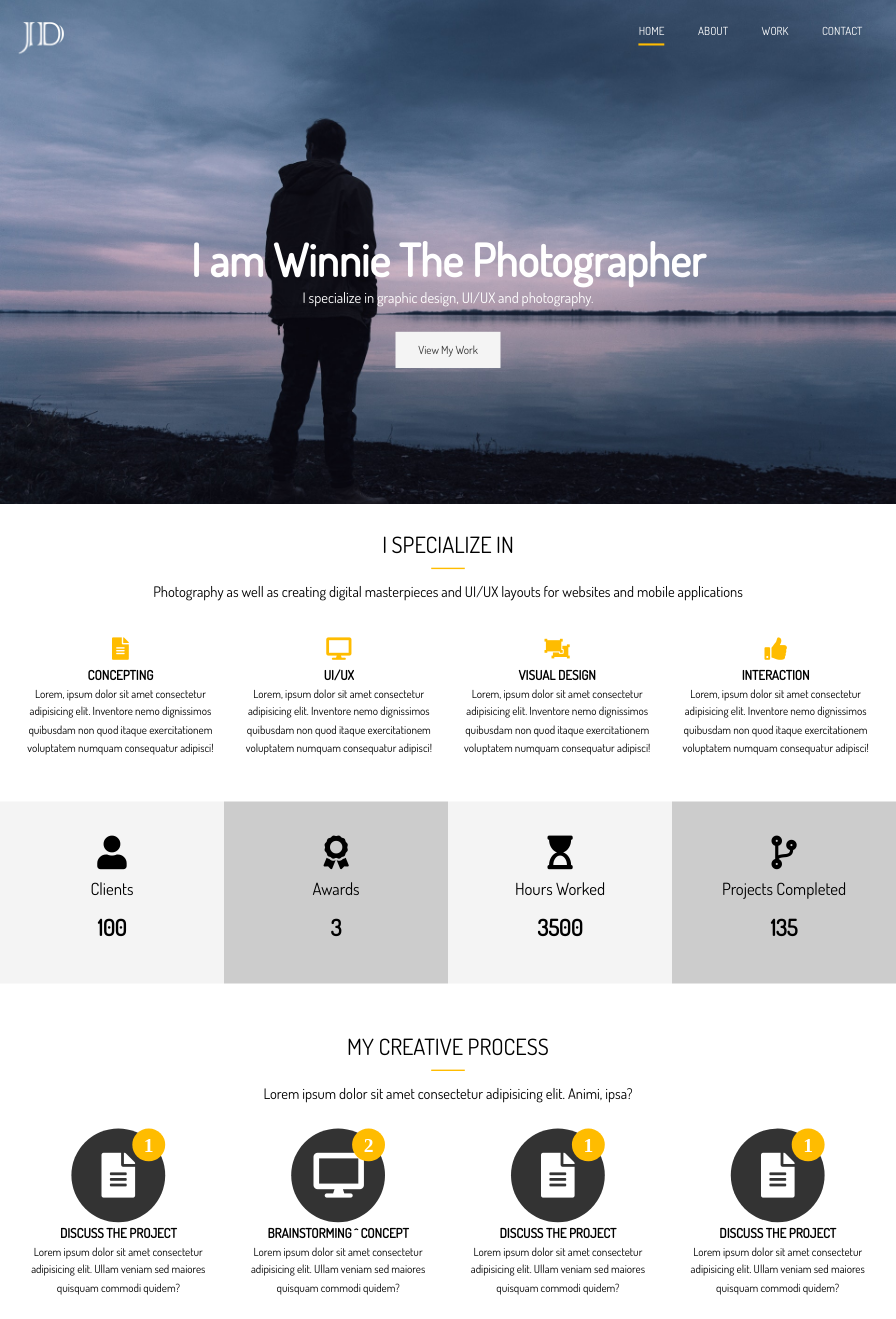
Repository: minhtien9/Portfolio_Website
Page: diet/index.html
These files come from the project's save history. The page is drawn as it stood at one moment and after the next save; the edit follows.
The browser window is 1280 px wide. The pictures show the whole page, at 70% of full size.

Above is the page before, as saved 2021-08-28 22:35:51.

### diet/index.html
<!DOCTYPE html>
<html lang="en">
  <head>
    <meta charset="UTF-8" />
    <meta http-equiv="X-UA-Compatible" content="IE=edge" />
    <meta name="viewport" content="width=device-width, initial-scale=1.0" />
    <link
      rel="stylesheet"
      href="https://cdnjs.cloudflare.com/ajax/libs/font-awesome/5.15.4/css/all.min.css"
      integrity="sha512-1ycn6IcaQQ40/MKBW2W4Rhis/DbILU74C1vSrLJxCq57o941Ym01SwNsOMqvEBFlcgUa6xLiPY/NS5R+E6ztJQ=="
      crossorigin="anonymous"
      referrerpolicy="no-referrer"
    />
    <link
      href="https://fonts.googleapis.com/css2?family=Dosis&display=swap"
      rel="stylesheet"
    />
    <link rel="stylesheet" href="css/style.css" />
    <title>John Doe || UI/UX Designer & Photographer</title>
  </head>
  <body>
    <!-- Header -->
    <header id="header-home">
      <div class="container">
        <nav id="main-nav">
          <img src="img/logo.png" alt="My Portfolio" id="logo" />
          <ul>
            <li><a href="index.html" class="current">Home</a></li>
            <li><a href="about.html">About</a></li>
            <li><a href="work.html">Work</a></li>
            <li><a href="contact.html">Contact</a></li>
          </ul>
        </nav>
        <div class="header-content">
          <h1>
            I am Winnie The Photographer
            <span
              class="txt-type"
              data-wait="3000"
              data-works='["Photographer","Designer","IU/IX Dev"]'
            ></span>
          </h1>
          <p class="lead">
            I specialize in graphic design, UI/UX and photography.
          </p>
          <a href="work.html" class="btn-light">View My Work</a>
        </div>
      </div>
    </header>
    <!-- Section A: Specialize -->
    <section id="home-a" class="text-center py-2">
      <div class="container">
        <h2 class="section-title">I Specialize In</h2>
        <div class="bottom-line"></div>
        <p class="lead">
          Photography as well as creating digital masterpieces and UI/UX layouts
          for websites and mobile applications
        </p>
        <div class="specials">
          <div>
            <i class="fas fa-file-alt fa-2x"></i>
            <h3>Concepting</h3>
            <p>
              Lorem, ipsum dolor sit amet consectetur adipisicing elit.
              Inventore nemo dignissimos quibusdam non quod itaque
              exercitationem voluptatem numquam consequatur adipisci!
            </p>
          </div>
          <div>
            <i class="fas fa-desktop fa-2x"></i>
            <h3>UI/UX</h3>
            <p>
              Lorem, ipsum dolor sit amet consectetur adipisicing elit.
              Inventore nemo dignissimos quibusdam non quod itaque
              exercitationem voluptatem numquam consequatur adipisci!
            </p>
          </div>
          <div>
            <i class="fas fa-object-ungroup fa-2x"></i>
            <h3>Visual Design</h3>
            <p>
              Lorem, ipsum dolor sit amet consectetur adipisicing elit.
              Inventore nemo dignissimos quibusdam non quod itaque
              exercitationem voluptatem numquam consequatur adipisci!
            </p>
          </div>
          <div>
            <i class="fas fa-thumbs-up fa-2x"></i>
            <h3>Interaction</h3>
            <p>
              Lorem, ipsum dolor sit amet consectetur adipisicing elit.
              Inventore nemo dignissimos quibusdam non quod itaque
              exercitationem voluptatem numquam consequatur adipisci!
            </p>
          </div>
        </div>
      </div>
    </section>

    <!-- Section B: Stats -->
    <section id="home-b" class="text-center py-2">
      <div class="stats">
        <div>
          <ul>
            <li><i class="fas fa-user fa-3x"></i></li>
            <li class="stats-title">Clients</li>
            <li class="stats-number">100</li>
          </ul>
        </div>
        <div>
          <ul>
            <li><i class="fas fa-award fa-3x"></i></li>
            <li class="stats-title">Awards</li>
            <li class="stats-number">3</li>
          </ul>
        </div>
        <div>
          <ul>
            <li><i class="fas fa-hourglass-start fa-3x"></i></li>
            <li class="stats-title">Hours Worked</li>
            <li class="stats-number">3500</li>
          </ul>
        </div>
        <div>
          <ul>
            <li><i class="fas fa-code-branch fa-3x"></i></li>
            <li class="stats-title">Projects Completed</li>
            <li class="stats-number">135</li>
          </ul>
        </div>
      </div>
    </section>

    <!-- Section C:Process -->
    <section id="home-c" class="text-center py-2">
      <div class="container">
        <h2 class="section-title">My Creative Process</h2>
        <div class="bottom-line"></div>
        <p class="lead">
          Lorem ipsum dolor sit amet consectetur adipisicing elit. Animi, ipsa?
        </p>
        <div class="process">
          <div>
            <i class="fas fa-file-alt fa-4x process-icon my-2">
              <div class="process-step">1</div>
            </i>
            <div class="clr"></div>
            <h3>Discuss The Project</h3>
            <p>
              Lorem ipsum dolor sit amet consectetur adipisicing elit. Ullam
              veniam sed maiores quisquam commodi quidem?
            </p>
          </div>
          <div>
            <i class="fas fa-desktop fa-4x process-icon my-2">
              <div class="process-step">2</div>
            </i>
            <div class="clr"></div>
            <h3>Brainstorming ^ Concept</h3>
            <p>
              Lorem ipsum dolor sit amet consectetur adipisicing elit. Ullam
              veniam sed maiores quisquam commodi quidem?
            </p>
          </div>
          <div>
            <i class="fas fa-file-alt fa-4x process-icon my-2">
              <div class="process-step">1</div>
            </i>
            <div class="clr"></div>
            <h3>Discuss The Project</h3>
            <p>
              Lorem ipsum dolor sit amet consectetur adipisicing elit. Ullam
              veniam sed maiores quisquam commodi quidem?
            </p>
          </div>
          <div>
            <i class="fas fa-file-alt fa-4x process-icon my-2">
              <div class="process-step">1</div>
            </i>
            <div class="clr"></div>
            <h3>Discuss The Project</h3>
            <p>
              Lorem ipsum dolor sit amet consectetur adipisicing elit. Ullam
              veniam sed maiores quisquam commodi quidem?
            </p>
          </div>
        </div>
      </div>
    </section>

    <!-- <script src="js/typewriter.js"></script> -->
  </body>
</html>

### diet/css/style.css
.container {
  max-width: 1280px;
  padding: 0 1.5rem;
  margin: auto;
  overflow: hidden;
}

.btn-dark, .btn-light, .btn-main {
  display: inline-block;
  padding: 0.8rem 2rem;
  transition: all 0.5s;
  border: none;
  cursor: pointer;
}

.btn-main {
  color: #333;
  background-color: #ffbc00;
}
.btn-light {
  color: #333;
  background-color: #f4f4f4;
}
.btn-dark {
  color: #f4f4f4;
  background-color: #333;
}

button[class^=btn-]:hover,
a[class^=btn-]:hover,
input[class^=btn-]:hover {
  background-color: #ffbc00;
}

.bg-main {
  background: #ffbc00;
  color: #fff;
}
.bg-dark {
  background: #333;
  color: #fff;
}
.bg-light {
  background: #f4f4f4;
  color: #000;
}
.bg-medium {
  background: #ccc;
  color: #000;
}

.lead {
  font-size: 1.3rem;
  margin-bottom: 2rem;
}

.text-center {
  text-align: center;
}

.py-1 {
  padding: 1rem 0;
}
.py-2 {
  padding: 2rem 0;
}
.py-3 {
  padding: 3rem 0;
}
.py-4 {
  padding: 4rem 0;
}

.ny-1 {
  margin: 1rem 0;
}
.ny-2 {
  margin: 2rem 0;
}
.ny-3 {
  margin: 3rem 0;
}
.ny-4 {
  margin: 4rem 0;
}

.section-title {
  font-size: 2rem;
  display: block;
  padding-bottom: 0.5rem;
  text-align: center;
  font-weight: 100;
  text-transform: uppercase;
}

.bottom-line {
  height: 2px;
  width: 3rem;
  background: #ffbc00;
  display: block;
  margin: 0 auto 1rem auto;
}

.items {
  display: grid;
  grid-template-columns: repeat(3, 1fr);
  box-shadow: 0 5px 10px 0 rgba(0, 0, 0, 0.3);
}

.item {
  position: relative;
  background: #ffbc00;
  overflow: hidden;
}
.item:after {
  content: "";
  position: absolute;
  display: block;
  background: inherit;
  opacity: 0.9;
  top: 0;
  left: 0;
  width: 100%;
  height: 100%;
  transform: scale(2) translateX(-75%) translateY(-75%) rotate(-28deg);
  transition: transform 3s cubic-bezier(0.2, 1, 0.3, 1);
}
.item:hover:after {
  transform: scale(2) translateX(0) translateY(0) rotate(-28deg);
}
.item:hover .item-image {
  transform: scale(1.2);
}
.item:hover .item-text {
  opacity: 1;
  transform: translateY(0);
}
.item-image {
  height: auto;
  transform: translateZ(0);
  display: block;
  transition: transform 750ms cubic-bezier(0.2, 1, 0.3, 1);
}
.item-image:before {
  content: "";
  display: block;
  padding-top: 75%;
  overflow: hidden;
}
.item-image img {
  position: absolute;
  top: 0;
  left: 0;
  width: 100%;
  height: auto;
  line-height: 0;
}
.item-text {
  position: absolute;
  top: 0;
  left: 0;
  bottom: 0;
  right: 0;
  opacity: 0;
  text-align: center;
  z-index: 1;
  color: #fff;
  transform: translateY(-20%);
  transition: opacity 500ms cubic-bezier(0.2, 1, 0.3, 1), transform 500ms cubic-bezier(0.2, 1, 0.3, 1);
  transition-delay: 300ms;
}
.item-text-wrap {
  position: absolute;
  width: 100%;
  top: 50%;
  transform: translateY(-50%);
}
.item-text-title {
  font-size: 2rem;
  padding: 0 1rem;
  margin: 5px 0 0 0;
}
.item-text-category {
  text-transform: uppercase;
  font-size: 1.2rem;
  opacity: 0.7;
  margin: 0;
}

* {
  margin: 0;
  padding: 0;
}

body {
  font-family: "Dosis", sans-serif;
  line-height: 1.6;
  background: #fff;
}

a {
  text-decoration: none;
  color: #333;
}

ul {
  list-style: none;
}

h2,
h3,
h4 {
  text-transform: uppercase;
}

img {
  width: 100%;
}

#logo {
  width: 70px;
  height: 70px;
  color: #fff;
  text-transform: uppercase;
}

#main-nav {
  display: flex;
  justify-content: space-between;
  padding-top: 1rem;
}
#main-nav ul {
  display: flex;
}
#main-nav li {
  padding: 1rem 1.5rem;
}
#main-nav a {
  text-decoration: none;
  color: #fff;
  text-transform: uppercase;
  border-bottom: 3px transparent solid;
  padding-bottom: 0.5rem;
  transition: border-color 0.5s;
}
#main-nav a:hover {
  border-color: #ccc;
}
#main-nav a.current {
  border-color: #ffbc00;
}

#header-home {
  background: url("../img/showcase.jpg") no-repeat center right/cover;
  height: 100vh;
  color: #fff;
}
#header-home .header-content {
  text-align: center;
  padding-top: 20%;
}
#header-home .header-content h1 {
  font-size: 4rem;
  line-height: 1.2;
}
#header-inner {
  background: url("../img/showcase.jpg") no-repeat 20% 30%/cover;
  height: 5.5rem;
  border-bottom: 3px solid #ffbc00;
}

#home-a .specials {
  margin-top: 3rem;
  display: grid;
  grid-gap: 1rem;
  grid-template-columns: repeat(4, 1fr);
}
#home-a .specials .fas {
  color: #ffbc00;
  padding-bottom: 0.4rem;
}
#home-b .stats {
  display: grid;
  grid-template-columns: repeat(4, 1fr);
}
#home-b .stats li {
  line-height: 2;
}
#home-b .stats li.stats-title {
  font-size: 1.5rem;
}
#home-b .stats li.stats-number {
  font-size: 2rem;
  font-weight: bold;
}
#home-b .stats div {
  padding: 3rem 0;
}
#home-b .stats div:nth-child(odd) {
  background: #f4f4f4;
}
#home-b .stats div:nth-child(even) {
  background: #ccc;
}
#home-c .process {
  display: grid;
  grid-template-columns: repeat(4, 1fr);
  grid-gap: 1.5rem;
  text-align: center;
}
#home-c .process-step {
  position: absolute;
  top: 0;
  right: 0;
  font-size: 28px;
  background: #ffbc00;
  color: #fff;
  border-radius: 50%;
  height: 15px;
  width: 15px;
  line-height: 15px;
  padding: 1rem;
  transition: all 1s;
}
#home-c .process-icon {
  border-radius: 50%;
  background: #333;
  color: #fff;
  padding: 2rem;
  width: 70px;
  height: 70px;
  line-height: 70px;
  text-align: center;
  position: relative;
  transition: all 1s;
}
#home-c .process-icon:hover {
  background: #ffbc00;
  width: 90px;
  height: 90px;
  line-height: 90px;
}
#home-c .process-icon:hover .process-step {
  background: #333;
  color: #fff;
}

#about-a .about-info {
  display: grid;
  grid-template-areas: "bioimage bio bio" "aw1 aw2 aw3";
  grid-gap: 1.2rem;
}
#about-a .bio-image {
  grid-area: bioimage;
}
#about-a .bio {
  grid-area: bio;
  border-left: 3px solid #ffbc00;
  padding: 0.8rem;
}
#about-a .award-1 {
  grid-area: aw1;
}
#about-a .award-2 {
  grid-area: aw2;
}
#about-a .award-3 {
  grid-area: aw3;
}
#about-a .award-1 .fas,
#about-a .award-2 .fas,
#about-a .award-3 .fas {
  color: #ffbc00;
  margin: 1rem;
}
#about-b .progress {
  overflow: hidden;
  height: 20px;
  background: #ccc;
  border-radius: 5px;
  margin-bottom: 0.6rem;
}
#about-b .progress div {
  height: 100%;
  color: #fff;
  text-align: center;
  background: #ffbc00;
}
#about-c .about-logos {
  display: grid;
  grid-template-columns: repeat(4, 1fr);
  grid-gap: 2rem;
}
#about-c .about-logos img {
  width: 70%;
}
#about-d .testimonials {
  display: grid;
  grid-template-columns: repeat(4, 1fr);
  grid-gap: 0.5rem;
}
#about-d .testimonials ul {
  list-style: none;
  margin-top: 1rem;
  display: flex;
  align-items: center;
}
#about-d .testimonials p {
  border: 1px solid #ccc;
  border-radius: 5px;
  padding: 0.5rem;
}
#about-d .testimonials img {
  width: 50px;
  height: 50px;
  border-radius: 50%;
  margin-right: 0.5rem;
}

#contact-a .text-fields {
  display: grid;
  grid-template-areas: "name email" "subject phone" "message message";
  grid-gap: 1.2rem;
  margin-bottom: 1.2rem;
}
#contact-a .text-fields .name-input {
  grid-area: name;
}
#contact-a .text-fields .subject-input {
  grid-area: subject;
}
#contact-a .text-fields .email-input {
  grid-area: email;
}
#contact-a .text-fields .phone-input {
  grid-area: phone;
}
#contact-a .text-fields .message-input {
  grid-area: message;
  height: 100px;
}
#contact-a .text-fields .text-input {
  padding: 0.5rem 1rem;
}
#contact-a button[type=submit] {
  width: 50%;
}
#contact-b .contact-info {
  display: grid;
  grid-template-columns: repeat(3, 1fr);
  text-align: center;
}
#contact-c h1 {
  text-align: center;
  font-size: 4rem;
}

#main-footer {
  background: #333;
  color: #fff;
  height: 5rem;
}
#main-footer .footer-content {
  display: flex;
  justify-content: space-between;
  height: 5rem;
  align-items: center;
}
#main-footer .footer-content .social .fab {
  margin-right: 1rem;
  border: 2px solid #fff;
  border-radius: 50%;
  height: 20px;
  width: 20px;
  line-height: 20px;
  text-align: center;
  padding: 0.5rem;
}
#main-footer .footer-content .social .fab:hover {
  background: #ffbc00;
  cursor: pointer;
}

@media (max-width: 800px) {
  #header-home {
    height: 30rem;
  }
  #header-home .header-content {
    padding-top: 5rem;
  }
}
@media (max-width: 500px) {
  #main-nav {
    flex-direction: column;
    align-items: center;
  }
  #main-nav li {
    padding: 1rem;
  }

  #header-home {
    height: 10rem;
    border-bottom: 3px solid #ffbc00;
    background-position: 20% 30%;
  }
  #header-home .header-content {
    display: none;
  }
  #header-inner {
    height: 10rem;
  }

  #home-a .specials,
#home-b .stats,
#home-c .process,
#about-d .testimonials,
#contact-b .contact-info,
.items {
    grid-template-columns: 1fr;
  }

  #home-a .specials div {
    border-bottom: 1px #f4f4f4 solid;
    padding-bottom: 1rem;
  }
  #home-a .specials div:last-child {
    border: none;
    padding-bottom: 0;
  }
  #home-b .stats div {
    padding: 2rem 0 1rem 0;
  }

  #about-a .about-info {
    grid-template-areas: "bioimage" "bio" "aw1" "aw2" "aw3";
  }
  #about-c {
    display: none;
  }

  #contact-a .text-fields {
    grid-template-areas: "name" "subject" "email" "phone" "message";
  }
  #contact-b div {
    margin-bottom: 1rem;
    padding-bottom: 1rem;
    border-bottom: 1px solid #555;
  }
  #contact-b div:last-child {
    border: none;
    margin-bottom: 0;
    padding-bottom: 0;
  }
  #contact-c h1 {
    font-size: 2rem;
  }

  #main-footer {
    height: 7rem;
  }
  #main-footer .footer-content {
    flex-direction: column;
    padding: 1rem;
    height: 5rem;
  }
}
@media (max-height: 580px) {
  #header-home .header-content {
    padding-top: 3rem;
  }
}
@media (max-height: 330px) {
  #header-home .header-content h1 {
    font-size: 2rem;
  }
}

/*# sourceMappingURL=style.css.map */

After the next save:
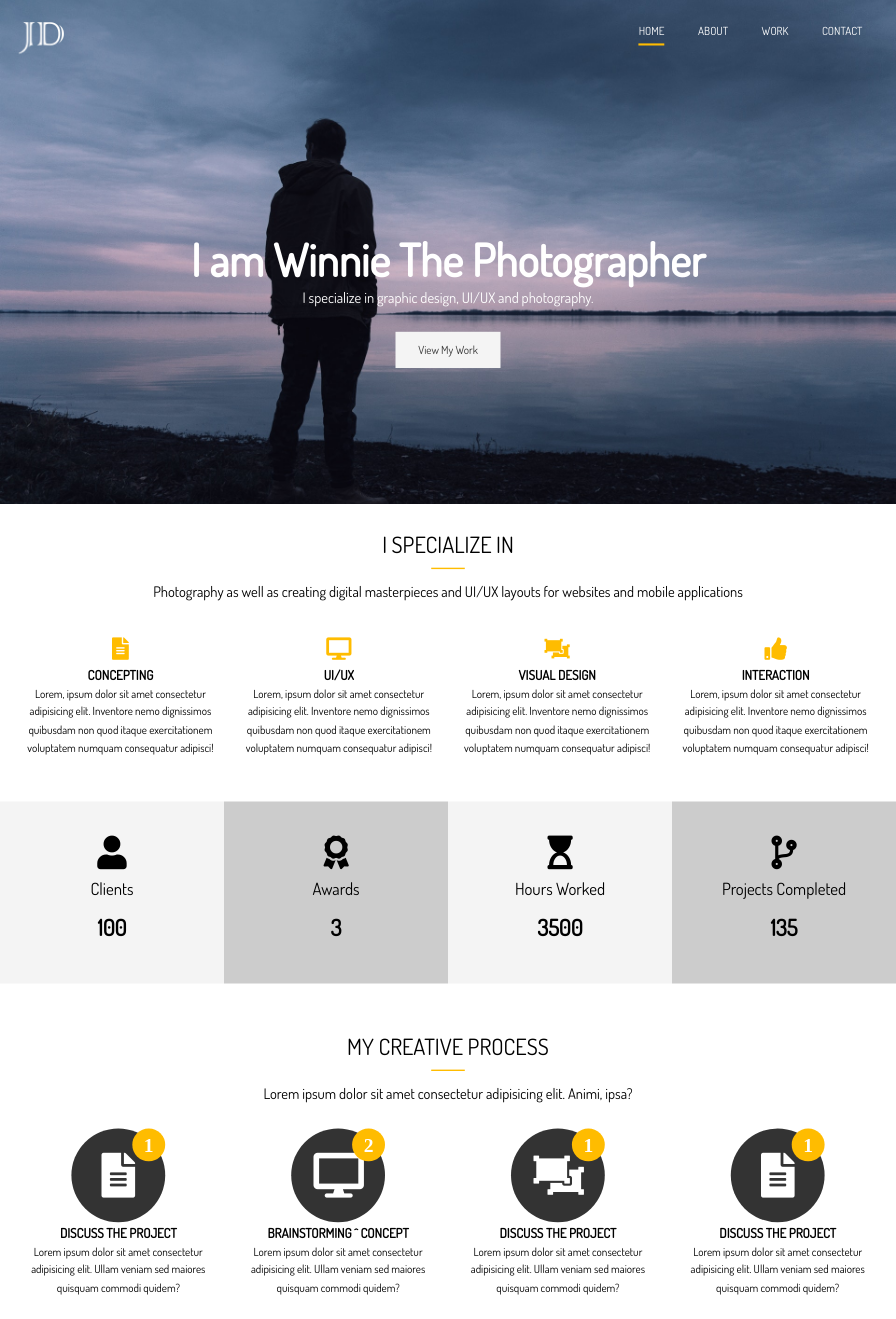
Saved 21 s later.
--- a/diet/index.html
+++ b/diet/index.html
@@ -163,7 +163,7 @@
             </p>
           </div>
           <div>
-            <i class="fas fa-file-alt fa-4x process-icon my-2">
+            <i class="fas fa-object-ungroup fa-4x process-icon my-2">
               <div class="process-step">1</div>
             </i>
             <div class="clr"></div>
